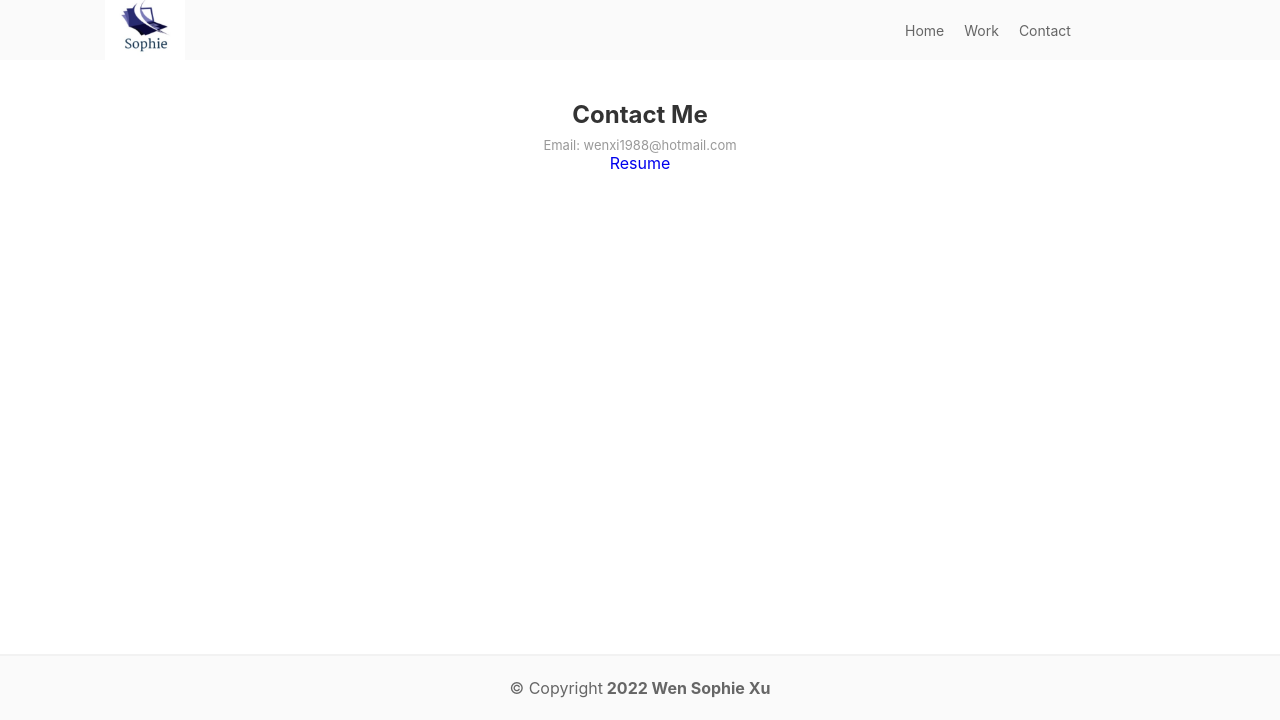
Repository: wenxi0504/myResume_app
Page: /contact
These files come from the project's save history. The page is drawn as it stood at one moment and after the next save; the edit follows.
The browser window is 1280 px wide. The pictures show the whole page.
The project was rebuilt for these pictures with package versions that can differ from the ones it lists, and the page was loaded fresh each time. Also part of the build but not shown: src/pages/HomePage/home.module.scss, src/pages/HomePage/index.js, src/pages/WorkPage/works.module.scss, src/components/WorkLists/work.module.scss, src/components/WorkLists/index.js, src/pages/WorkPage/index.js.

Above is the page before, as saved 2022-01-04 21:31:02.

### src/index.js
import React from 'react';
import ReactDOM from 'react-dom';
import './index.css';
import App from './pages/App';
import reportWebVitals from './reportWebVitals';
import { BrowserRouter as Router} from 'react-router-dom'



ReactDOM.render(
  <Router>
    <App />
  </Router>,
  document.getElementById('root')
);

// If you want to start measuring performance in your app, pass a function
// to log results (for example: reportWebVitals(console.log))
// or send to an analytics endpoint. Learn more: https://bit.ly/CRA-vitals
reportWebVitals();

### src/index.css
body {
  margin: 0;
  padding: 0;
  font-family: -apple-system, BlinkMacSystemFont, "Segoe UI", "Roboto", "Oxygen",
    "Ubuntu", "Cantarell", "Fira Sans", "Droid Sans", "Helvetica Neue",
    sans-serif;
  -webkit-font-smoothing: antialiased;
  -moz-osx-font-smoothing: grayscale;
}

code {
  font-family: source-code-pro, Menlo, Monaco, Consolas, "Courier New",
    monospace;
}


body, h1, h2, h3, h4, h5, h6, hr, p, blockquote, dl, dt, dd, ul, ol, li, pre, form, fieldset, legend, button, input, textarea, th, td {
  margin:0; padding:0;
}
body, button, input, select, textarea {
  font:12px/1.5tahoma, arial, \5b8b\4f53;
}
h1, h2, h3, h4, h5, h6{
  font-size:100%;
  color:rgb(51, 51, 51);
}
address, cite, dfn, em, var {
  font-style:normal;
}
code, kbd, pre, samp {
  font-family:couriernew, courier, monospace;
}
small{
  font-size:12px;
}
ul, ol {
  list-style:none;

}

a {
  text-decoration:none;
}

sup {
  vertical-align:text-top;
}
sub{
  vertical-align:text-bottom;
}
legend {
  color:#000;
}
fieldset, img {
  border:0;
}
button, input, select, textarea {
  font-size:100%;
}
table {
  border-collapse:collapse; border-spacing:0;
}


html,body,#root{
   width: 100%;
   height: 100%;
}

code {
  font-family: source-code-pro, Menlo, Monaco, Consolas, "Courier New",
    monospace;
}

### src/pages/App.js
import logo from "./logo.svg";
import styles from "./App.module.scss";
import { Link, Routes, Route } from "react-router-dom";
import HomePage from "./HomePage";
import WorkPage from "./WorkPage";
import Contact from "./Contact";
function App() {
  //get value of location

  return (
    <div className={styles.App}>
      {/*Header*/}
      <header className={styles.header}>
        <div className={styles.box}>
          <Link to="/">
            <div className={styles.boxleft}>
              <img src={require("../../src/assets/images/logo.jpg")} alt="sophie"/>
            </div>
          </Link>
          <div className={styles.boxright}>
            <Link to="/">
              <p>Home</p>
            </Link>
            <Link to="/works">
              <p>Work</p>
            </Link>
            <Link to="/contact">
              <p>Contact</p>
            </Link>
          </div>
        </div>
      </header>

      {/* Content */}
      <section className={styles.content}>
        <div>
          <Routes>
            <Route path="/" exact element={<HomePage />} />
            <Route path="/works" exact element={<WorkPage />} />
            <Route path="/contact" exact element={<Contact />} />
          </Routes>
        </div>
      </section>

      {/*footer*/}
      <footer className={styles.footer}>
        <p>
          © Copyright<b> 2022 Wen Sophie Xu</b>
        </p>
      </footer>
    </div>
  );
}

export default App;

### src/pages/App.module.scss
.App {
  display: flex;
  min-height: 100vh;
  flex-direction: column;
  .content {
    flex: 1;
    text-align: center;
  }
  .header {
    background-color: rgb(250, 250, 250);
    height: 60px;
    .selected {
      color: #333 !important;
      padding-bottom: 5px;
      border-bottom: 1.5px solid #333;
    }
    .box {
      width: 70%;
      height: 100%;

      display: flex;
      align-items: center;
      justify-content: space-between;
      a:hover {
        text-decoration: none;
      }
      .boxleft {
        img{
          width:80px;
          height:70px;
          object-fit:cover;
        }
        padding: 0px 5px 0px 100px;
        margin: 10px 5px;
      }


      .boxright {
        display: inline-flex;
        justify-content: flex-start;
        padding: 0px 5px 0px 100px;
        margin: 0px 5px 0px 600px;
        p {
          margin: 0px 10px;
          font-size: 14px;
          color: rgb(102, 102, 102);
        }
      }
      div {
        cursor: pointer;
      }
    }
  }
  .footer {
    text-align: center;
    padding: 20px 0px;
    margin-top: 10px;;
    color: rgb(102, 102, 102);
    background: #fafafa;
    border-top: 2px solid #f2f2f2;
    p {
      padding: 2px 0px;
    }
  }
}

### src/pages/Contact/index.js
// eslint-disable-next-line no-unused-vars
import React, { Component } from "react";
import styles from './contact.module.scss';

// eslint-disable-next-line import/no-anonymous-default-export
export default () => {
  return <div className={styles.wrap}>
    <div className={styles.box}>
      <div className={styles.title}>
        <h1>Contact Me</h1>
        <p>Email: wenxi1988@hotmail.com</p>
        <a href={"https://onedrive.live.com/embed?cid=962C89212FFCD98B&resid=962C89212FFCD98B%2127301&authkey=ANmidHzG6CnqqhE"}>Resume</a>
      </div>
    </div>



  </div>;
};

### src/pages/Contact/contact.module.scss

.wrap{
    flex: 1;
    .box{
        width: 650px;
        margin: 0px auto;
        padding: 40px 0px;
        .title{
            h1{
                font-size: 24px;
            }
            p{
                color: #999;
                padding-top: 8px;
                font-size: 13px;
            }
        }

    }
}

Loaded but not shown: public/index.html (common file); src/reportWebVitals.js (common file)

After the next save:
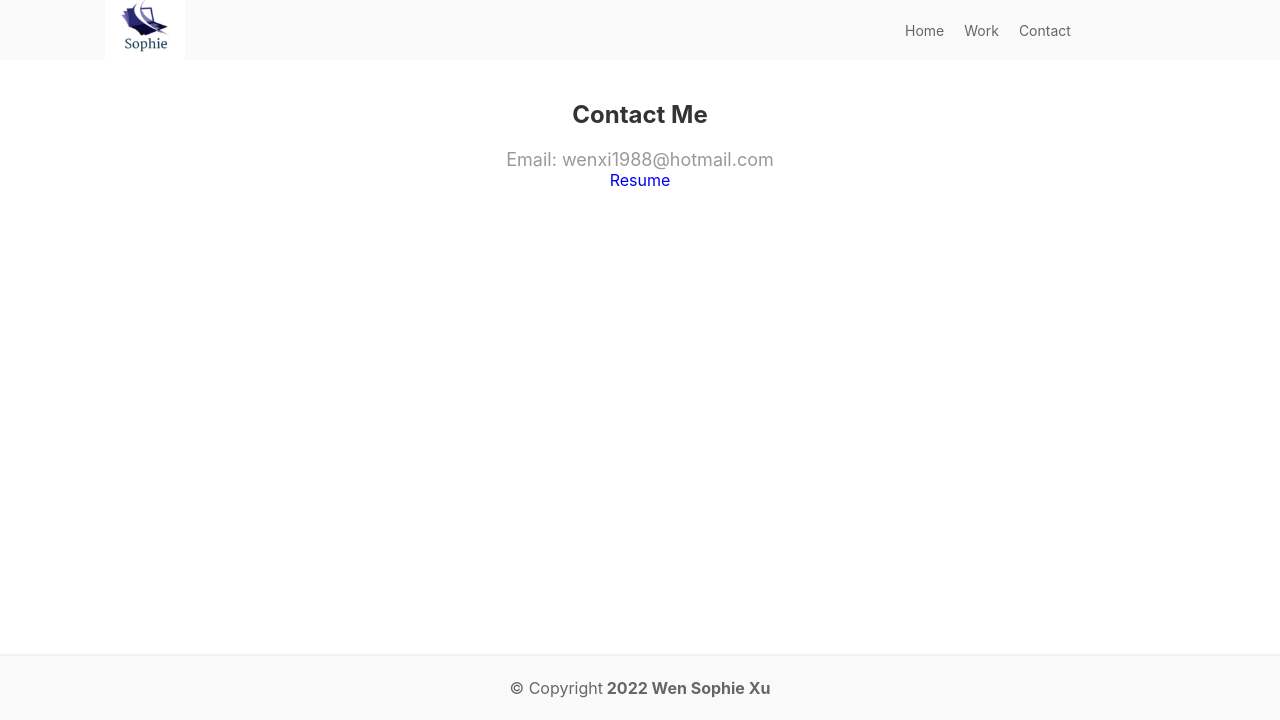
Saved 55 s later.
--- a/src/pages/Contact/contact.module.scss
+++ b/src/pages/Contact/contact.module.scss
@@ -11,8 +11,8 @@
             }
             p{
                 color: #999;
-                padding-top: 8px;
-                font-size: 13px;
+                padding-top: 20px;
+                font-size: 18px;
             }
         }
 
